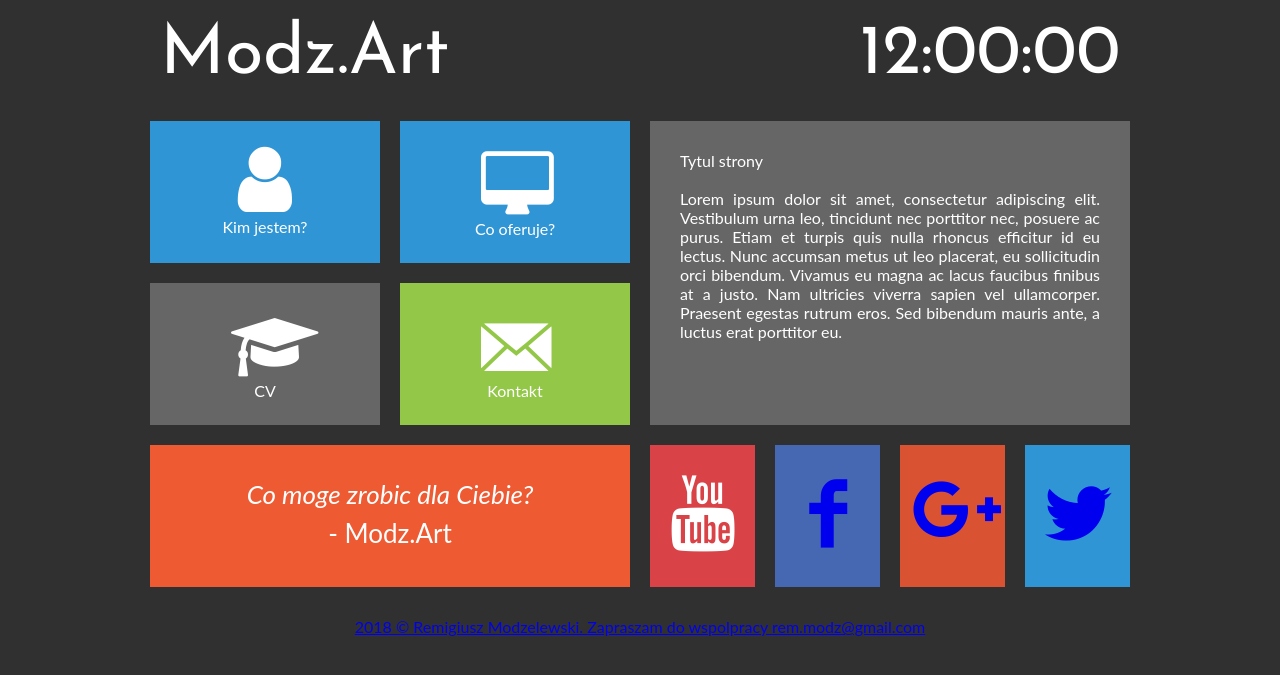
Repository: RemModz/Portfolio
Page: index.html
These files come from the project's save history. The page is drawn as it stood at one moment and after the next save; the edit follows.
The browser window is 1280 px wide. The pictures show the whole page.

Above is the page before, as saved 2018-11-05 20:19:59.

### index.html
<!DOCTYPE html>
<html lang="en">
<head>
    <meta charset="UTF-8">
    <meta name="viewport" content="width=device-width, initial-scale=1.0">
    <meta http-equiv="X-UA-Compatible" content="ie=edge">
    <title>ModzArt - Portfolio</title>
    <meta name='description' content="Portfolio z tworczoscia Remka Modzelewskiego"/>
    <meta name='keywords' content="webdesign, webgraphics, drawing and vector art"/>

    <link rel="stylesheet" href="style.css" type="text/css"/>
    <link rel="stylesheet" href="/fontello/css/fontello.css" type="text/css"/>
    <link href="https://fonts.googleapis.com/css?family=Josefin+Sans&amp;subset=latin-ext" rel="stylesheet">
</head>
<body>
    <div id="container">

        <div class="rectangle">
            <div id="logo">Modz.Art</div>
            <div id="zegar">12:00:00</div>
            <div style="clear:both;"></div>
        </div>

        <div class="square">
            <div class="tile1">
                <a href="kimjestem.html" class="tilelink"> <i class="icon-user"></i><br />Kim jestem? </a>
            </div>
            <div class="tile1">
                    <a href="kimjestem.html" class="tilelink">
                 <i class="icon-desktop"></i><br />Co oferuje? </a>
            </div>
            <div style="clear:both;"></div>

            <div class="tile2">
                    <a href="cv.html" class="tilelink"> <i class="icon-graduation-cap"></i><br />CV </a>
                </div>
            <div class="tile3">
                    <a href="kontakt.html" class="tilelink"> <i class="icon-email"></i><br />Kontakt </a>
            </div>
            <div style="clear:both;"></div>

            <div class="tile4"><i>Co moge zrobic dla Ciebie? </i><br /> - Modz.Art</div>
        </div>

        <div class="square">
            <div class="tile5">Tytul strony <br /> <br />Lorem ipsum dolor sit amet, consectetur adipiscing elit. Vestibulum urna leo, tincidunt nec porttitor nec, posuere ac purus. Etiam et turpis quis nulla rhoncus efficitur id eu lectus. Nunc accumsan metus ut leo placerat, eu sollicitudin orci bibendum. Vivamus eu magna ac lacus faucibus finibus at a justo. Nam ultricies viverra sapien vel ullamcorper. Praesent egestas rutrum eros. Sed bibendum mauris ante, a luctus erat porttitor eu. </div>
            <div class="yt">
                <i class="icon-youtube"></i>
            </div>
            <div class="fb">
                    <a href="http:www.facebook.com" target="_blank" class="socialink"> <i class="icon-facebook"></i></div>
            <div class="gplus"><i class="icon-gplus"></i></div>
            <div class="tw"><i class="icon-twitter"></i></div>
            <div style="clear:both;"></div>



        </div>

        <div style="clear:both;"></div>

        <div class="rectangle"> 2018 &copy; </i> Remigiusz Modzelewski. Zapraszam do wspolpracy rem.modz@gmail.com </div>
    </div>
</body>
</html>

### style.css
body {
    background-color: #303030;
    color: #ffffff;
    font-family: 'Lato', sans-serif;
    font-size: 20px'
}

#container {
    width: 1000px;
    margin-left: auto;
    margin-right: auto;
}

.rectangle {
    width: 960PX;
    margin: 20pX;
    text-align: center;
}

.square {
    width: 50%;
    float: left;
}

#logo {
    float: left;
    font-family: 'Josefin Sans', sans-serif;
    font-size: 70px;
    width: 600;
    text-align: left;
}

#zegar {
    float: right;
    font-family: 'Josefin Sans', sans-serif;
    font-size: 70px;
    text-align: left;
}
.tile1 {
    margin: 10px;
    width: 230px;
    height: 142px;
    background-color: #3095d5;
    float: left;
    text-align: center;
}

.tile1:hover {
background-color: #2084c4;
}

.tile2 {
    margin: 10px;
    width: 230px;
    height: 142px;
    background-color: #666666;
    float: left;
    text-align: center;
}

.tile2:hover {
    background-color: #555555;
    }

.tile3 {
    margin: 10px;
    width: 230px;
    height: 142px;
    background-color: #93c748;
    float: left;
    text-align: center;
}
.tile3:hover {
    background-color: #82b637;
    }

.tile4 {
    margin: 10px;
    width: 420px;
    height: 82px;
    padding: 30px;
    background-color: #ee5a32;
    text-align: center;
    font-size: 26px;
    line-height: 150%;

}

.tile4:hover {
    background-color: #dd4a21;
    }

.tile5 {
    margin: 10px;
    width: 420px;
    height: 244px;
    background-color: #666666;
    text-align: justify;
    padding: 30px;
}

.yt {
    margin: 10px;
    width: 105px;
    height: 142px;
    background-color: #d94348;
    float: left;
}
.yt:hover {
    background-color: #c83237;
    }

.fb {
    margin: 10px;
    width: 105px;
    height: 142px;
    background-color: #4668b3;
    float: left;
}
.fb:hover {
    background-color: #3557a2;
    }

.gplus {
    margin: 10px;
    width: 105px;
    height: 142px;
    background-color: #d95333;
    float: left;
}
.gplus:hover {
    background-color: #d84222;
    }

.tw {
    margin: 10px;
    width: 105px;
    height: 142px;
    background-color: #3095d5;
    float: left;
}
.tw:hover {
    background-color: #2084c4;
    }

.tilelink {

    color: #ffffff;
    text-decoration: none;
    display: block;
    width: 230px;
    height: 142px;

}

.tilelinkhtml {

    color: #ffffff;
    text-decoration: none;
    display: block;

}

.sociallink {

    color: #ffffff;
    text-decoration: none;
    display: block;
    width: 105px;
    height: 142px;

}

### fontello/css/fontello.css
@font-face {
  font-family: 'fontello';
  src: url('../font/fontello.eot?17037671');
  src: url('../font/fontello.eot?17037671#iefix') format('embedded-opentype'),
       url('../font/fontello.woff2?17037671') format('woff2'),
       url('../font/fontello.woff?17037671') format('woff'),
       url('../font/fontello.ttf?17037671') format('truetype'),
       url('../font/fontello.svg?17037671#fontello') format('svg');
  font-weight: normal;
  font-style: normal;
}
/* Chrome hack: SVG is rendered more smooth in Windozze. 100% magic, uncomment if you need it. */
/* Note, that will break hinting! In other OS-es font will be not as sharp as it could be */
/*
@media screen and (-webkit-min-device-pixel-ratio:0) {
  @font-face {
    font-family: 'fontello';
    src: url('../font/fontello.svg?17037671#fontello') format('svg');
  }
}
*/

 [class^="icon-"]:before, [class*=" icon-"]:before {
  font-family: "fontello";
  font-style: normal;
  font-weight: normal;
  speak: none;

  display: inline-block;
  text-decoration: inherit;
  width: 1em;
  margin-right: .2em;
  text-align: center;
  /* opacity: .8; */

  /* For safety - reset parent styles, that can break glyph codes*/
  font-variant: normal;
  text-transform: none;

  /* fix buttons height, for twitter bootstrap */
  line-height: 1em;

  /* Animation center compensation - margins should be symmetric */
  /* remove if not needed */
  margin-left: .2em;

  /* you can be more comfortable with increased icons size */
  /* font-size: 120%; */

  /* Font smoothing. That was taken from TWBS */
  -webkit-font-smoothing: antialiased;
  -moz-osx-font-smoothing: grayscale;

  /* Uncomment for 3D effect */
  /* text-shadow: 1px 1px 1px rgba(127, 127, 127, 0.3); */
}

.icon-user:before { content: '\e800'; font-size: 76px; margin-top: 20px;} /* '' */
.icon-email:before { content: '\e801'; font-size: 68px; margin-top: 30px; } /* '' */
.icon-gmail:before { content: '\e802'; font-size: 68px; margin-top: 30px; } /* '' */
.icon-twitter:before { content: '\f099'; font-size: 76px; margin-top: 30px; } /* '' */
.icon-gplus:before { content: '\f0d5'; font-size: 68px; margin-top: 30px;} /* '' */
.icon-desktop:before { content: '\f108'; font-size: 68px; margin-top: 30px;} /* '' */
.icon-youtube:before { content: '\f167'; font-size: 76px; margin-top: 30px;} /* '' */
.icon-graduation-cap:before { content: '\f19d'; font-size: 68px; margin-top: 30px;} /* '' */
.icon-facebook:before { content: '\f30c'; font-size: 76px; margin-top: 30px;} /* '' */

After the next save:
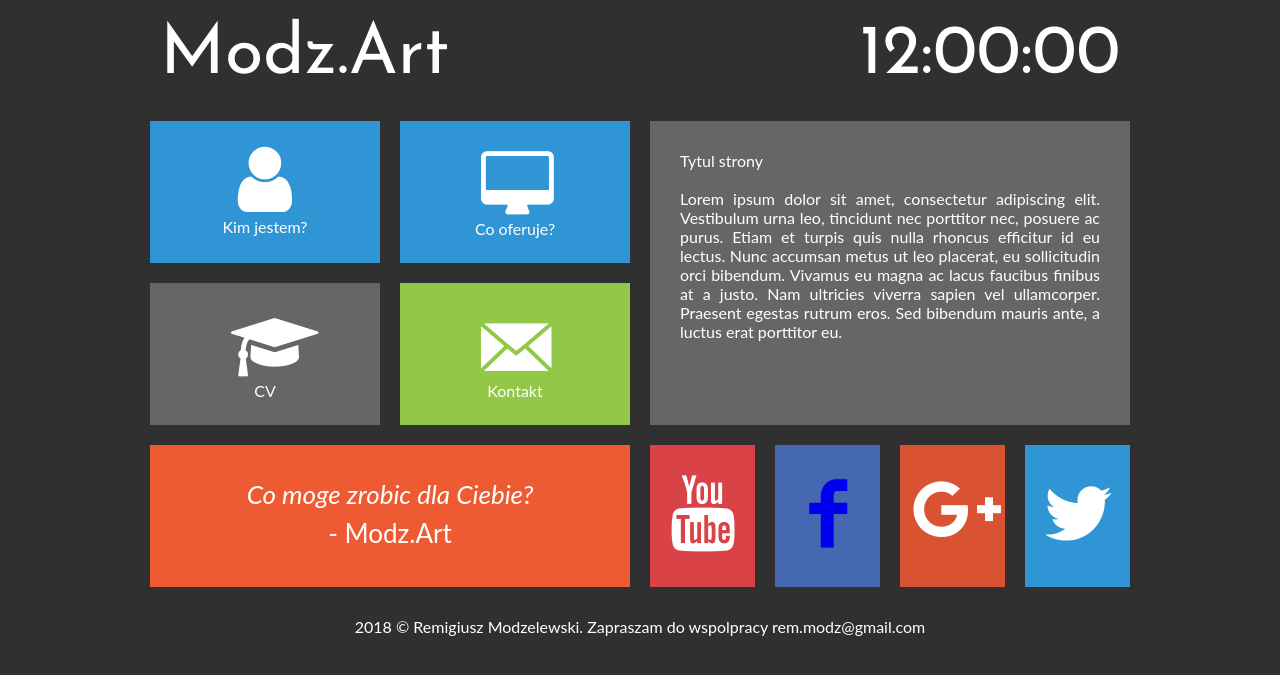
Saved 23 s later.
--- a/index.html
+++ b/index.html
@@ -48,7 +48,7 @@
                 <i class="icon-youtube"></i>
             </div>
             <div class="fb">
-                    <a href="http:www.facebook.com" target="_blank" class="socialink"> <i class="icon-facebook"></i></div>
+                    <a href="http:www.facebook.com" target="_blank" class="socialink"> <i class="icon-facebook"></i></a></div>
             <div class="gplus"><i class="icon-gplus"></i></div>
             <div class="tw"><i class="icon-twitter"></i></div>
             <div style="clear:both;"></div>
